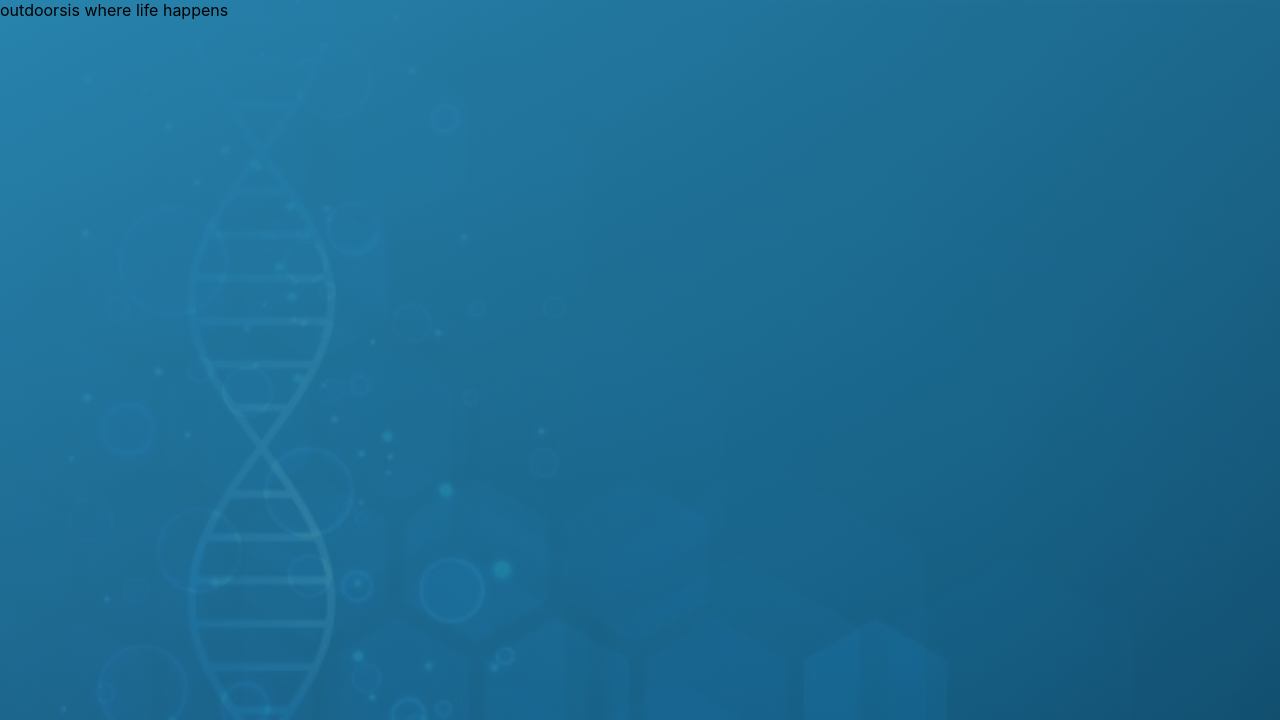
Repository: ajayaj2001/healthcare-digitization
Page: /
These files come from the project's save history. The page is drawn as it stood at one moment and after the next save; the edit follows.
The browser window is 1280 px wide. The pictures show the whole page.
The project was rebuilt for these pictures with package versions that can differ from the ones it lists, and the page was loaded fresh each time.

Above is the page before, as saved 2021-03-12 18:07:01.

After the next save:
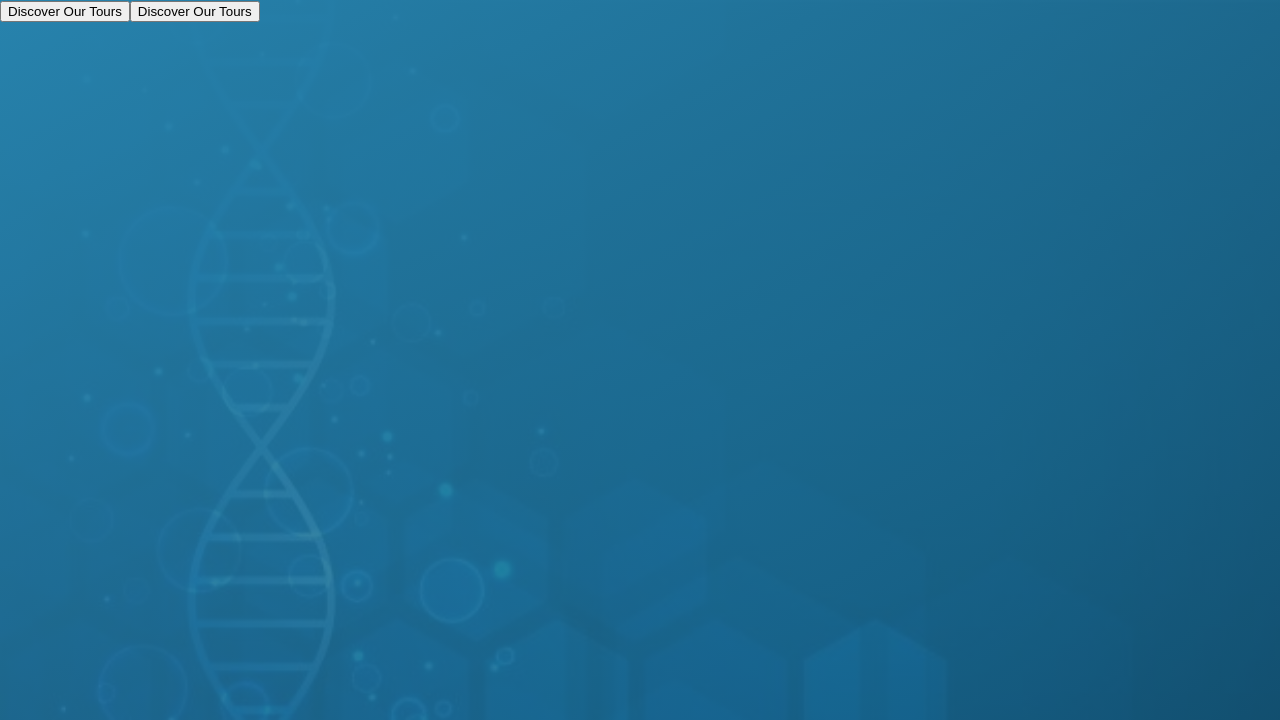
Saved 25 s later.
--- a/src/component/userType/UserType.js
+++ b/src/component/userType/UserType.js
@@ -4,8 +4,8 @@ import './UserType.scss'
 const UserType = () => {
     return (
         <div className="userType">
-            <span className="userType-primary--main">outdoors</span>
-            <span className="userType-primary--sec">is where life happens</span>
+            <button className="btn btn--white btn--animation" >Discover Our Tours</button>
+            <button className="btn btn--white btn--animation" >Discover Our Tours</button>
         </div>
     )
 }
